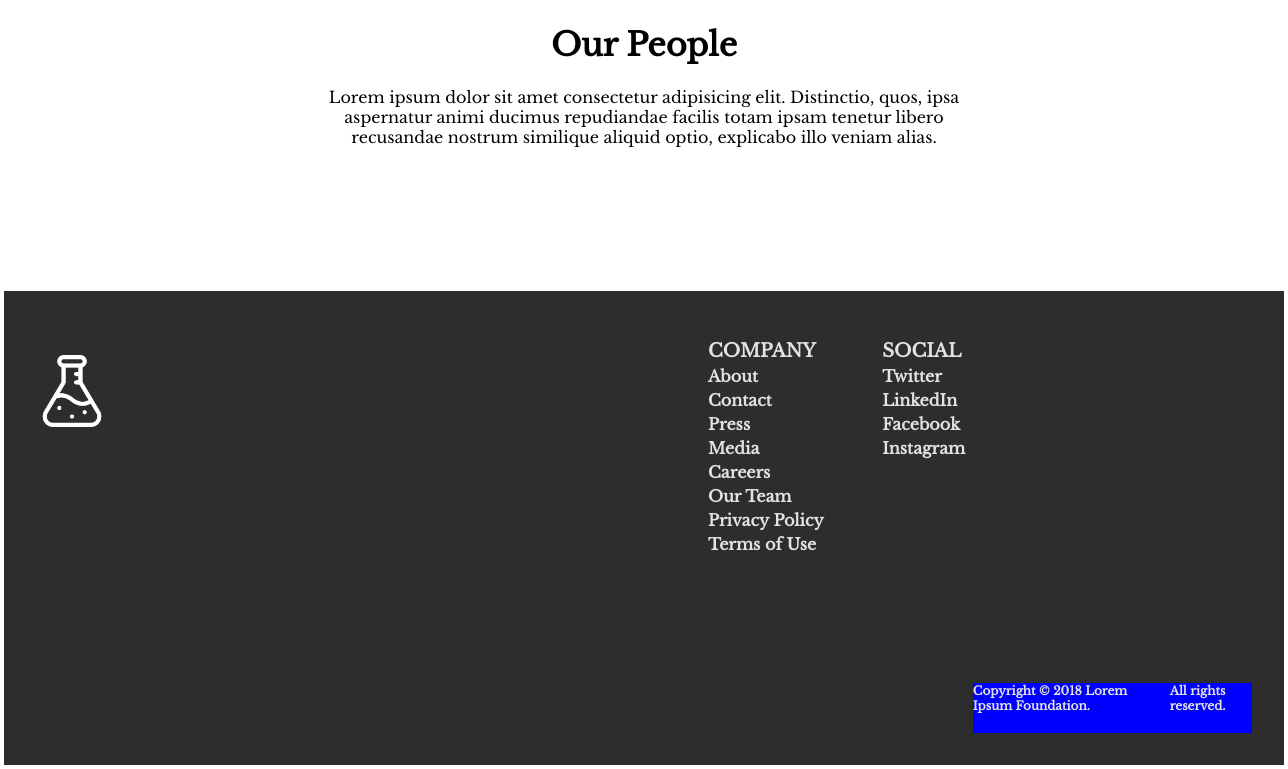
Repository: Tsardines/app
Page: / (app in my-app/)
These files come from the project's save history. The page is drawn as it stood at one moment and after the next save; the edit follows.
The browser window is 1280 px wide. The page is 1288 px wide, so the pictures cover 1288 px, including what lies to the right of the window. The pictures show the whole page.
The page's requests for data from a server got no answer. The project was rebuilt for these pictures with package versions that can differ from the ones it lists, and the page was loaded fresh each time. No one was signed in, and anything a server would have sent is missing.

Above is the page before, as saved 2018-11-14 20:32:53.

### my-app/public/index.html
<!DOCTYPE html>
<html lang="en">
  <head>
    <meta charset="utf-8">
    <meta name="viewport" content="width=device-width, initial-scale=1, shrink-to-fit=no">
    <meta name="theme-color" content="#000000">
    <!--
      manifest.json provides metadata used when your web app is added to the
      homescreen on Android. See https://developers.google.com/web/fundamentals/web-app-manifest/
    -->
    <link rel="manifest" href="%PUBLIC_URL%/manifest.json">
    <link href="https://fonts.googleapis.com/css?family=Libre+Baskerville" rel="stylesheet">
    <!--
      Notice the use of %PUBLIC_URL% in the tags above.
      It will be replaced with the URL of the `public` folder during the build.
      Only files inside the `public` folder can be referenced from the HTML.

      Unlike "/favicon.ico" or "favicon.ico", "%PUBLIC_URL%/favicon.ico" will
      work correctly both with client-side routing and a non-root public URL.
      Learn how to configure a non-root public URL by running `npm run build`.
    -->
    <title>React App</title>
  </head>
  <body>
    <noscript>
      You need to enable JavaScript to run this app.
    </noscript>
    <div id="root"></div>
    <!--
      This HTML file is a template.
      If you open it directly in the browser, you will see an empty page.

      You can add webfonts, meta tags, or analytics to this file.
      The build step will place the bundled scripts into the <body> tag.

      To begin the development, run `npm start` or `yarn start`.
      To create a production bundle, use `npm run build` or `yarn build`.
    -->
  </body>
</html>

### my-app/src/index.css
body {
  margin: 0;
  padding: 0;
  font-family: 'Libre Baskerville', serif;
  -webkit-font-smoothing: antialiased;
  -moz-osx-font-smoothing: grayscale;
}

code {
  font-family: source-code-pro, Menlo, Monaco, Consolas, "Courier New",
    monospace;
}

### my-app/src/App.js
import React, { Component } from 'react';

import Footer from './components/Footer.js';
import './App.css';

class App extends Component {
  constructor(props) {
    super(props);

    this.state = {
      items: []
    };
    this.componentWillMount = this.componentWillMount.bind(this);
  }

  componentWillMount() {
    fetch('https://api.myjson.com/bins/vz2rm')
    .then(res => res.json())
    .then(data => {
      this.setState({ items: data });
    });
  }


  render() {

    const { items } = this.state;

    return (
      <div className="App">

      <span className="our-people"><h1>Our People</h1></span>
      <span className="intro"><p>Lorem ipsum dolor sit amet consectetur adipisicing elit. Distinctio, quos, ipsa aspernatur animi ducimus repudiandae facilis totam ipsam tenetur libero recusandae nostrum similique aliquid optio, explicabo illo veniam alias.</p></span>

          { items.map((item, num) => {
              return (

                <div className="people">

                  <div className="elem">
                    <p key={num}>{item.elems}</p>
                  </div>

                    <p key={num}><strong>{item.name}</strong></p>
                    <p key={num}><small>{item.title}</small></p>

                  <div className="hidden">
                    <p key={num}>{item.email}</p>
                    <p key={num}><strong>Office: </strong>{item.office}</p>
                  </div>

                </div>

              );

            })}

            <Footer />

      </div>
    );
  }
}


export default App;

### my-app/src/components/Footer.js
import React from 'react';
import './Footer.css';
import beaker from './beaker.png';

const Footer = () => {
  return (

    <div className="footer">

    <img src={beaker} alt="beaker" className="beaker"></img>

        <div className="left">
            <ul>
                <span className="footer-title"><li><strong>Company</strong></li></span>
                <a href="#"><li>About</li></a>
                <a href="#"><li>Contact</li></a>
                <a href="#"><li>Press</li></a>
                <a href="#"><li>Media</li></a>
                <a href="#"><li>Careers</li></a>
                <a href="#"><li>Our Team</li></a>
                <a href="#"><li>Privacy Policy</li></a>
                <a href="#"><li>Terms of Use</li></a>
            </ul>
        </div>

        <div className="right">
            <ul>
                <span className="footer-title"><li><strong>Social</strong></li></span>
                <a href="#"><li>Twitter</li></a>
                <a href="#"><li>LinkedIn</li></a>
                <a href="#"><li>Facebook</li></a>
                <a href="#"><li>Instagram</li></a>
            </ul>
        </div>

        <span className="copy">Copyright &copy; 2018 Lorem Ipsum Foundation.</span>
        <span className="copy">All rights reserved.</span>

    </div>
  );
}

export default Footer;

### my-app/src/App.css
.App {
  display: flex;
  flex-direction: column;
  flex-flow: row nowrap;
  flex-wrap: wrap;
  max-width: 100%;
  overflow-x: hidden;
  padding: 0.25em;
  text-align: center;
  width: 100%;
}

.our-people {
  text-align: center;
  width: 100%;
}

.intro p {
  margin: auto;
  padding-bottom: 5em;
  width: 50%;
}

.people {
  background-color: #f8f8f8;
  border: 1px solid rgb(252, 244, 234);
  height: 22.5vh;
  margin: 0.5em;
  /* max-height: 22vh;
  max-width: 13vw; */
  /* min-height: 22vh;
  min-width: 13vw; */
  padding: 1.5em;
  text-align: left;
  width: 12vw;
}

.elem {
  font-size: 3.45em;
  margin-bottom: -1em;
  margin-top: -1em;
}

.elem:hover {
  color: #87f0f9;
  transition: 0.2s;
}

.hidden {
  font-size: 0.75em;
  opacity: 0.15;
}

.hidden:hover {
  opacity: 1;
  transition: 0.4s;
}

### my-app/src/components/Footer.css
.footer {
    background-color: #2d2d2e;
    color: rgb(226, 226, 226);
    display: flex;
    font-weight: bold;
    justify-content: flex-end;
    margin-top: 4em;
    overflow-x: hidden;
    padding: 2em;
    text-align: left;
    width: 100%;
}

.footer a {
    color: rgb(226, 226, 226);
    text-decoration: none;
}

.footer a:hover {
    color: turquoise;
}

.left ul li, .right ul li {
    font-size: 1em;
    list-style-type: none;
    padding-bottom: 0.25em;
}

.left {
    float: left;
    width: 20%;
}

.right {
    float: right;
    height: 10vh;
    width: 15%;
}

.footer-title {
    font-size: 1.15em;
    text-transform: uppercase;
}

.beaker {
    height: 10vh;
    margin: 2em 35em 0 0;
    width: 7vw;
}

.copy {
    background-color: blue;
    font-size: 0.75em;
    height: 7vh;
    margin-top: 30em;
}

Loaded but not shown: my-app/src/index.js (common file); my-app/src/serviceWorker.js (common file)

After the next save:
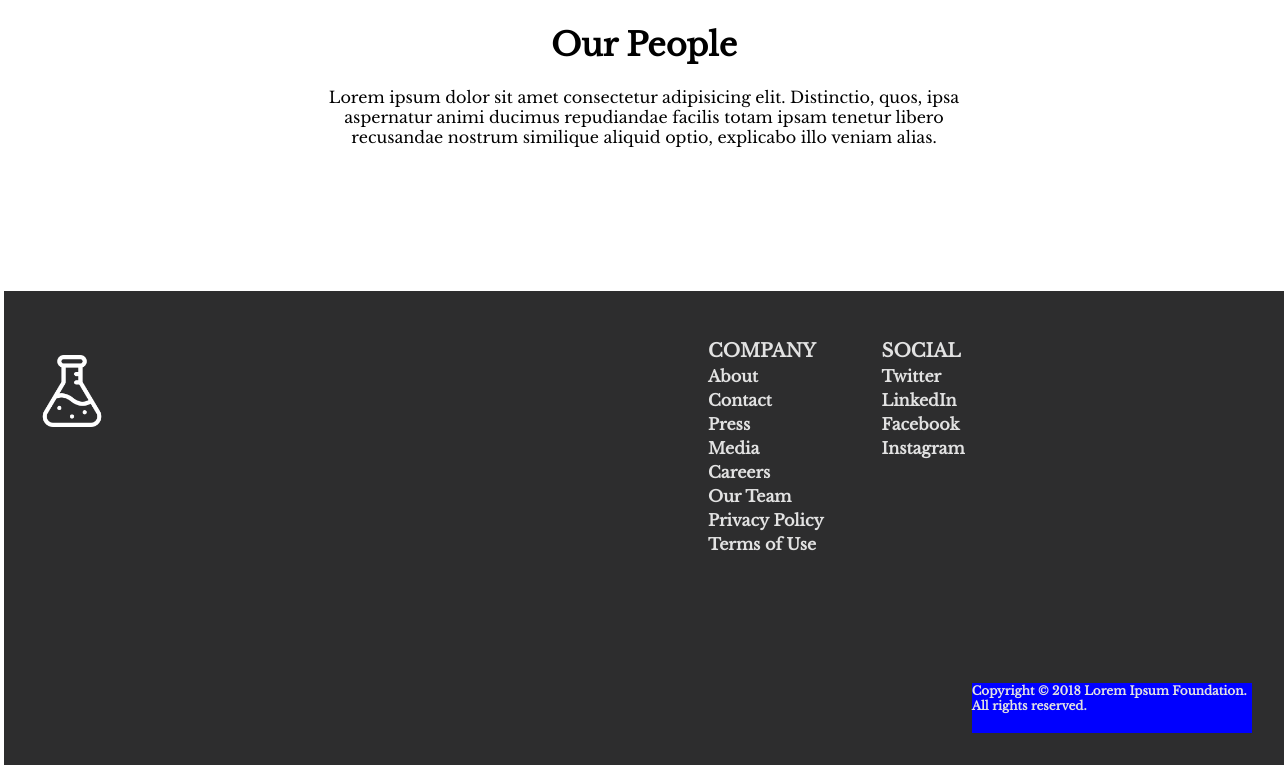
Saved 7 s later.
--- a/my-app/src/components/Footer.js
+++ b/my-app/src/components/Footer.js
@@ -33,8 +33,7 @@ const Footer = () => {
             </ul>
         </div>
 
-        <span className="copy">Copyright &copy; 2018 Lorem Ipsum Foundation.</span>
-        <span className="copy">All rights reserved.</span>
+        <span className="copy">Copyright &copy; 2018 Lorem Ipsum Foundation. All rights reserved.</span>
 
     </div>
   );
